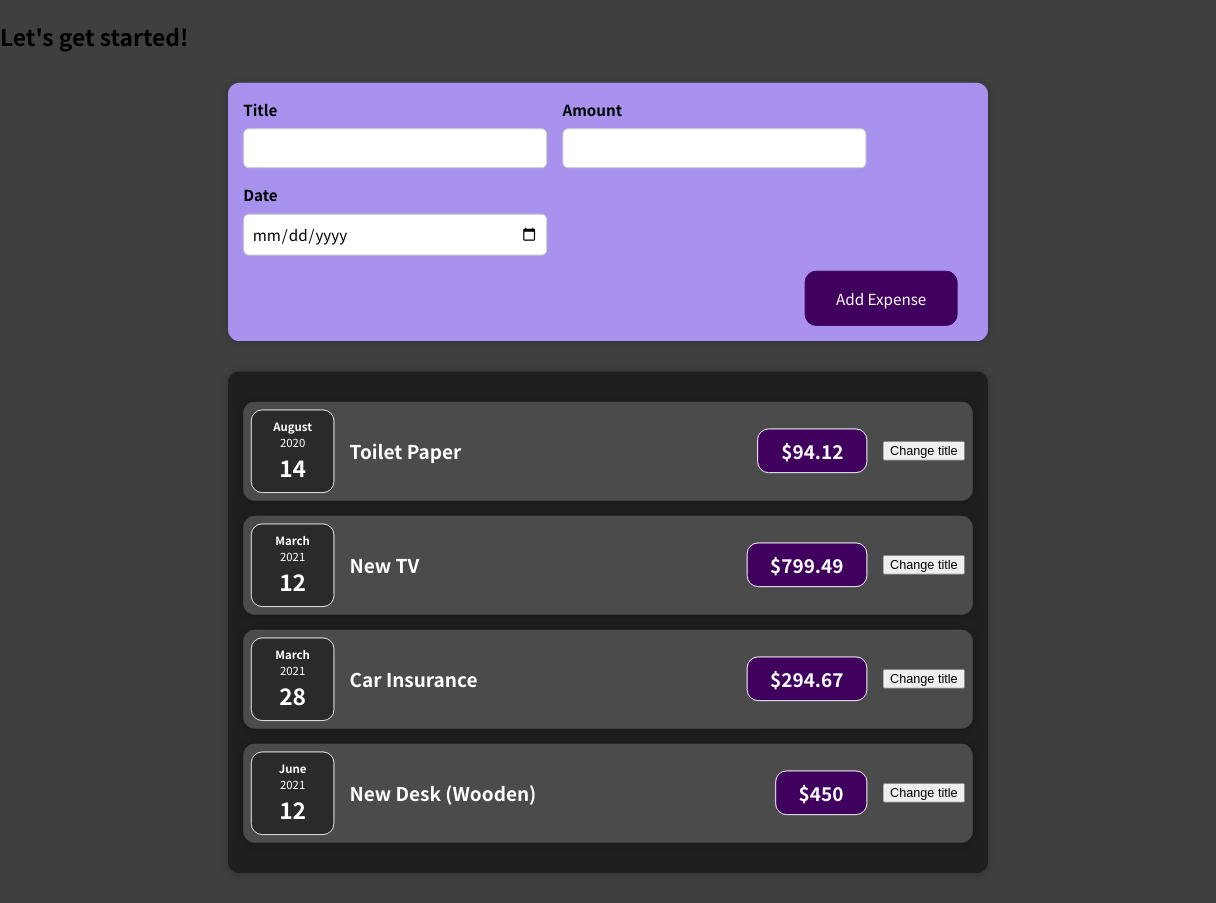
Repository: Dark-Developer93/react-complete-guide
Page: /
An editor plug-in stored every save of this project. The page is shown before and after the next save, followed by the edit.
The browser window is 1280 px wide. The pictures show the whole page, at 95% of full size.
The project was rebuilt for these pictures with package versions that can differ from the ones it lists, and the page was loaded fresh each time.

Above is the page before, as saved 2022-11-05 00:03:10.

### src/App.js
import Expenses from "./components/Expenses/Expenses";
import NewExpense from "./components/NewExpense/NewExpense";

const App = () => {
  const expenses = [
    {
      id: "e1",
      title: "Toilet Paper",
      amount: 94.12,
      date: new Date(2020, 7, 14),
    },
    {
      id: "e2",
      title: "New TV",
      amount: 799.49,
      date: new Date(2021, 2, 12),
    },
    {
      id: "e3",
      title: "Car Insurance",
      amount: 294.67,
      date: new Date(2021, 2, 28),
    },
    {
      id: "e4",
      title: "New Desk (Wooden)",
      amount: 450,
      date: new Date(2021, 5, 12),
    },
  ];

  const addExpenseHandler = (expense) => {
    console.log(expense, "From App.js");
  };

  return (
    <div>
      <h2>Let's get started!</h2>
      <NewExpense onAddExpnese={addExpenseHandler} />
      <Expenses items={expenses} />
    </div>
  );
};

export default App;

### src/components/Expenses/Expenses.js
import "./Expenses.css";
import ExpenseItem from "./ExpenseItem";
import Card from "../UI/Card";

const Expenses = (props) => {
  return (
    <Card className="expenses">
      {props.items.map((item) => {
        return (
          <ExpenseItem
            key={item.id}
            title={item.title}
            amount={item.amount}
            date={item.date}
          />
        );
      })}
    </Card>
  );
};

export default Expenses;

### src/components/NewExpense/NewExpense.js
import React from "react";
import "./NewExpense.css";
import ExpenseForm from "./ExpenseForm";

const NewExpense = (props) => {
  const saveExpenseDataHandler = (enteredExpenseData) => {
    const expenseData = {
      ...enteredExpenseData,
      id: Math.random().toString(),
    };
    props.onAddExpnese(expenseData);
  };
  return (
    <div className="new-expense">
      <ExpenseForm onSaveExpenseDate={saveExpenseDataHandler} />
    </div>
  );
};

export default NewExpense;

### src/components/Expenses/ExpenseItem.js
import { useState } from "react";

import "./ExpenseItem.css";
import ExpenseDate from "./ExpenseDate";
import Card from "../UI/Card";

const ExpenseItem = (props) => {
  const [title, setTitle] = useState(props.title);
  const { title2, amount, date } = props;
  const clickHandler = () => {
    setTitle(title2);
  };
  return (
    <Card className="expense-item">
      <ExpenseDate date={date} />
      <div className="expense-item__description">
        <h2>{title}</h2>
        <div className="expense-item__price">${amount}</div>
        <button onClick={clickHandler}>Change title</button>
      </div>
    </Card>
  );
};

export default ExpenseItem;

### src/components/NewExpense/NewExpense.css
.new-expense {
  background-color: #a892ee;
  padding: 1rem;
  margin: 2rem auto;
  width: 50rem;
  max-width: 95%;
  border-radius: 12px;
  text-align: center;
  box-shadow: 0 1px 8px rgba(0, 0, 0, 0.25);
}

.new-expense button {
  font: inherit;
  cursor: pointer;
  padding: 1rem 2rem;
  border: 1px solid #40005d;
  background-color: #40005d;
  color: white;
  border-radius: 12px;
  margin-right: 1rem;
}

.new-expense button:hover,
.new-expense button:active {
  background-color: #510674;
  border-color: #510674;
}

.new-expense button.alternative {
  color: #220131;
  border-color: transparent;
  background-color: transparent;
}

.new-expense button.alternative:hover,
.new-expense button.alternative:active {
  background-color: #ddb3f8;
}

### src/components/NewExpense/ExpenseForm.js
import React, { useState } from "react";
import "./ExpenseForm.css";

const ExpenseForm = (props) => {
  const [enteredTitle, setEnteredTitle] = useState("");
  const [enteredAmount, setEnteredAmount] = useState("");
  const [enteredDate, setEnteredDate] = useState("");
  // const [userInput, setUserInput] = useState({
  //   enteredTitle: "",
  //   enteredAmount: "",
  //   enteredDate: "",
  // });
  const titleChangeHandler = (e) => {
    setEnteredTitle(e.target.value);
    // setUserInput((prevState) => {
    //   return { ...prevState, enteredTitle: e.target.value };
    // });
  };
  const amountChangeHandler = (e) => {
    setEnteredAmount(e.target.value);
    // setUserInput((prevState) => {
    //   return { ...prevState, enteredAmount: e.target.value };
    // });
  };
  const dateChangeHandler = (e) => {
    setEnteredDate(e.target.value);
    // setUserInput((prevState) => {
    //   return { ...prevState, enteredDate: e.target.value };
    // });
  };
  const submitHandler = (e) => {
    e.preventDefault();
    const enteredData = {
      title: enteredTitle,
      amount: enteredAmount,
      date: new Date(enteredDate),
    };
    props.onSaveExpenseDate(enteredData);
    setEnteredTitle("");
    setEnteredAmount("");
    setEnteredDate("");
  };
  return (
    <form onSubmit={submitHandler}>
      <div className="new-expense__controls">
        <div className="new-expense__control">
          <label>Title</label>
          <input
            type="text"
            onChange={titleChangeHandler}
            value={enteredTitle}
          />
        </div>
        <div className="new-expense__control">
          <label>Amount</label>
          <input
            type="number"
            min="0.01"
            step="0.01"
            onChange={amountChangeHandler}
            value={enteredAmount}
          />
        </div>
        <div className="new-expense__control">
          <label>Date</label>
          <input
            type="date"
            min="2019-01-01"
            max="2022-12-31"
            onChange={dateChangeHandler}
            value={enteredDate}
          />
        </div>
      </div>
      <div className="new-expense__actions">
        <button type="submit">Add Expense</button>
      </div>
    </form>
  );
};

export default ExpenseForm;

### src/components/Expenses/ExpenseItem.css
.expense-item {
  display: flex;
  justify-content: space-between;
  align-items: center;
  padding: 0.5rem;
  margin: 1rem 0;
  background-color: #4b4b4b;
}

.expense-item__description {
  display: flex;
  flex-direction: column;
  gap: 1rem;
  align-items: flex-end;
  flex-flow: column-reverse;
  justify-content: flex-start;
  flex: 1;
}

.expense-item h2 {
  color: #3a3a3a;
  font-size: 1rem;
  flex: 1;
  margin: 0 1rem;
  color: white;
}

.expense-item__price {
  font-size: 1rem;
  font-weight: bold;
  color: white;
  background-color: #40005d;
  border: 1px solid white;
  padding: 0.5rem;
  border-radius: 12px;
}

@media (min-width: 580px) {
  .expense-item__description {
    flex-direction: row;
    align-items: center;
    justify-content: flex-start;
    flex: 1;
  }

  .expense-item__description h2 {
    font-size: 1.25rem;
  }

  .expense-item__price {
    font-size: 1.25rem;
    padding: 0.5rem 1.5rem;
  }
}

### src/components/Expenses/ExpenseDate.js
import "./ExpenseDate.css";
const ExpenseDate = (props) => {
  const month = props.date.toLocaleDateString("en-US", { month: "long" });
  const year = props.date.toLocaleDateString("en-US", { year: "numeric" });
  const day = props.date.toLocaleDateString("en-US", { day: "numeric" });
  return (
    <div className="expense-date">
      <div className="expense-date__month">{month}</div>
      <div className="expense-date__year">{year}</div>
      <div className="expense-date__day">{day}</div>
    </div>
  );
};

export default ExpenseDate;

### src/components/Expenses/ExpensesFilter.js
import React from "react";

import "./ExpensesFilter.css";

const ExpensesFilter = () => {
  return (
    <div className="expenses-filter">
      <div className="expenses-filter__control">
        <label>Filter by year</label>
        <select>
          <option value="2022">2022</option>
          <option value="2021">2021</option>
          <option value="2020">2020</option>
          <option value="2019">2019</option>
        </select>
      </div>
    </div>
  );
};

export default ExpensesFilter;

Loaded but not shown: public/index.html (common file); src/index.js (common file); src/index.css (common file); src/components/Expenses/Expenses.css (common file); src/components/UI/Card.js (common file); src/components/UI/Card.css (common file); src/components/NewExpense/ExpenseForm.css (common file); src/components/Expenses/ExpenseDate.css (common file); src/components/Expenses/ExpensesFilter.css (common file)

After the next save:
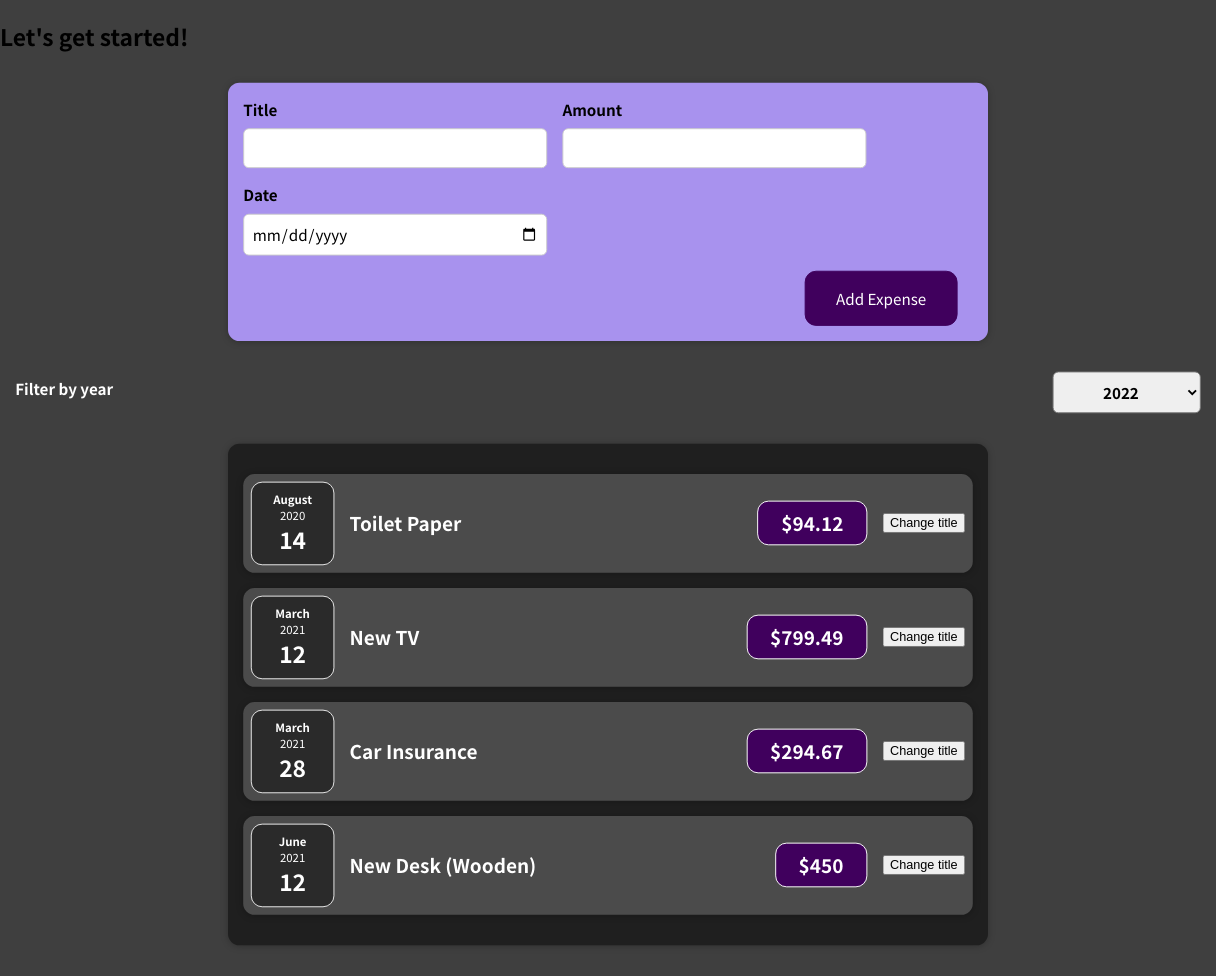
Saved 41 s later.
--- a/src/components/Expenses/Expenses.js
+++ b/src/components/Expenses/Expenses.js
@@ -1,21 +1,25 @@
 import "./Expenses.css";
 import ExpenseItem from "./ExpenseItem";
 import Card from "../UI/Card";
+import ExpensesFilter from "./ExpensesFilter";
 
 const Expenses = (props) => {
   return (
-    <Card className="expenses">
-      {props.items.map((item) => {
-        return (
-          <ExpenseItem
-            key={item.id}
-            title={item.title}
-            amount={item.amount}
-            date={item.date}
-          />
-        );
-      })}
-    </Card>
+    <div>
+      <ExpensesFilter />
+      <Card className="expenses">
+        {props.items.map((item) => {
+          return (
+            <ExpenseItem
+              key={item.id}
+              title={item.title}
+              amount={item.amount}
+              date={item.date}
+            />
+          );
+        })}
+      </Card>
+    </div>
   );
 };
 
